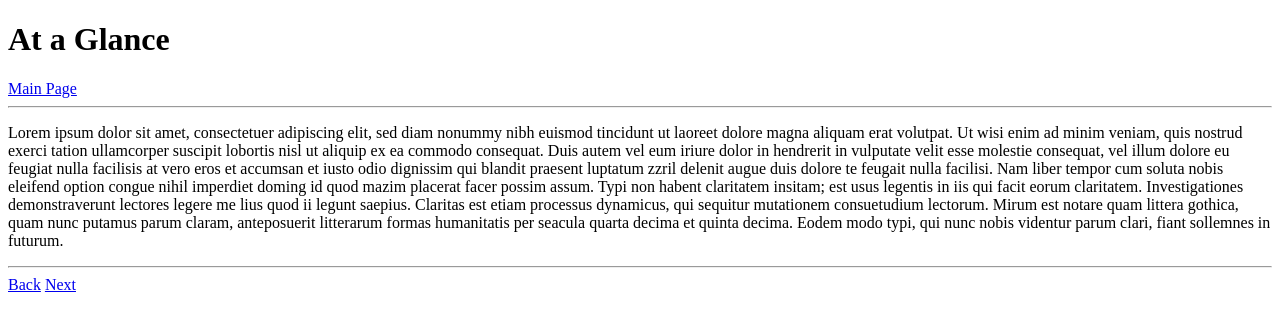
Repository: cjj343/html_resume
Page: at_a_glance.html
The author's editor kept a record of every edit. The page is drawn from the files as they stood at one moment, then again after the next edit.
The browser window is 1280 px wide. The pictures show the whole page.

Above is the page before.

After the next edit:
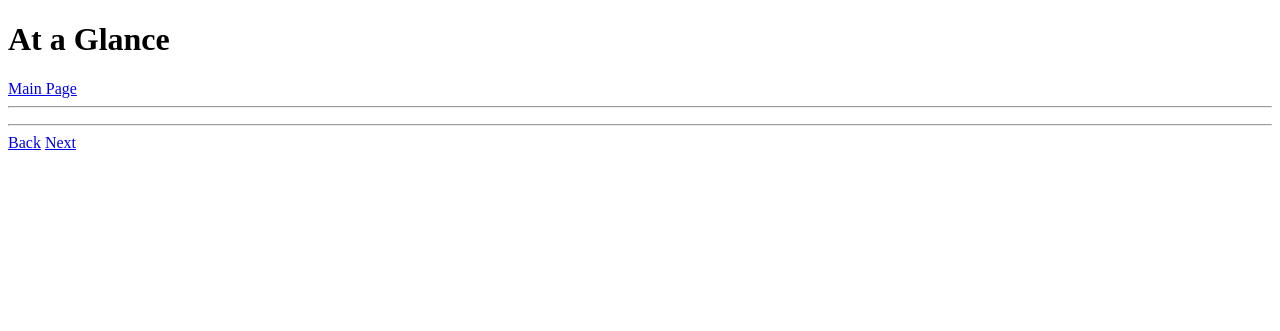
The edit:
--- a/at_a_glance.html
+++ b/at_a_glance.html
@@ -11,26 +11,7 @@
         <a href="index.html">Main Page</a>
         <hr>
     </div>
-    <p>Lorem ipsum dolor sit amet, consectetuer adipiscing elit,
-    sed diam nonummy nibh euismod tincidunt ut laoreet dolore
-    magna aliquam erat volutpat. Ut wisi enim ad minim veniam,
-    quis nostrud exerci tation ullamcorper suscipit lobortis nisl
-    ut aliquip ex ea commodo consequat. Duis autem vel eum iriure
-    dolor in hendrerit in vulputate velit esse molestie consequat,
-    vel illum dolore eu feugiat nulla facilisis at vero eros et
-    accumsan et iusto odio dignissim qui blandit praesent luptatum
-    zzril delenit augue duis dolore te feugait nulla facilisi.
-    Nam liber tempor cum soluta nobis eleifend option congue
-    nihil imperdiet doming id quod mazim placerat facer possim
-    assum. Typi non habent claritatem insitam; est usus legentis
-    in iis qui facit eorum claritatem. Investigationes
-    demonstraverunt lectores legere me lius quod ii legunt saepius.
-    Claritas est etiam processus dynamicus, qui sequitur mutationem
-    consuetudium lectorum. Mirum est notare quam littera gothica,
-    quam nunc putamus parum claram, anteposuerit litterarum formas
-    humanitatis per seacula quarta decima et quinta decima. Eodem
-    modo typi, qui nunc nobis videntur parum clari, fiant sollemnes
-    in futurum.</p>
+    <p></p>
     <div>
 
     </div>
